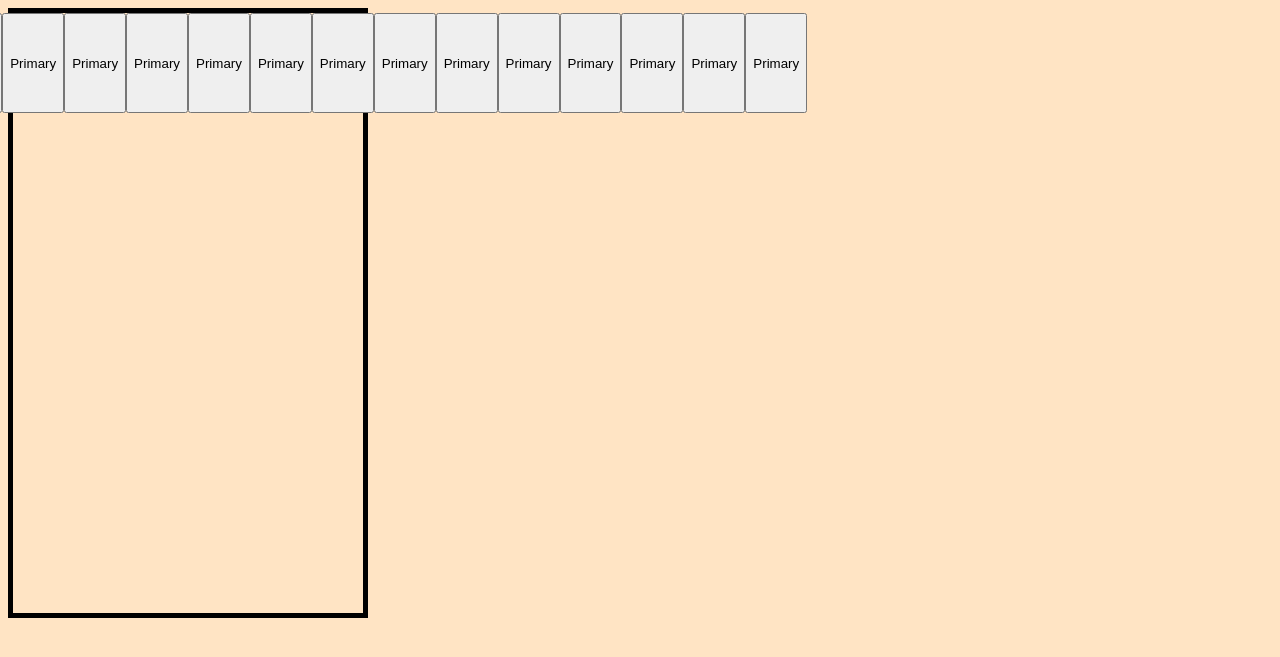
Repository: noahcallen/LAB-calculator
Page: index.html
An editor plug-in stored every save of this project. The page is shown before and after the next save, followed by the edit.
The browser window is 1280 px wide. The pictures show the whole page.

Above is the page before, as saved 2024-07-10 18:28:51.

After the next save:
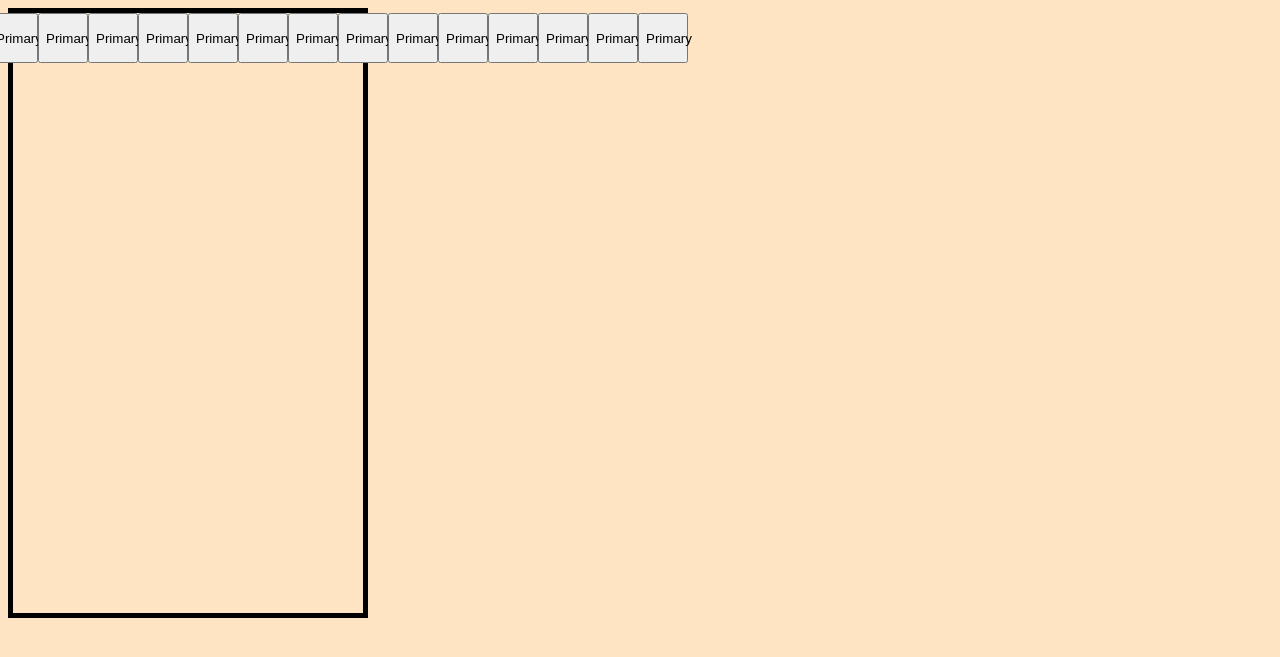
Saved 14 s later.
--- a/main.css
+++ b/main.css
@@ -11,6 +11,6 @@ body {
 }
 
 .btn {
-  height: 100px;
-  width: 100px;
+  height: 50px;
+  width: 50px;
 }
